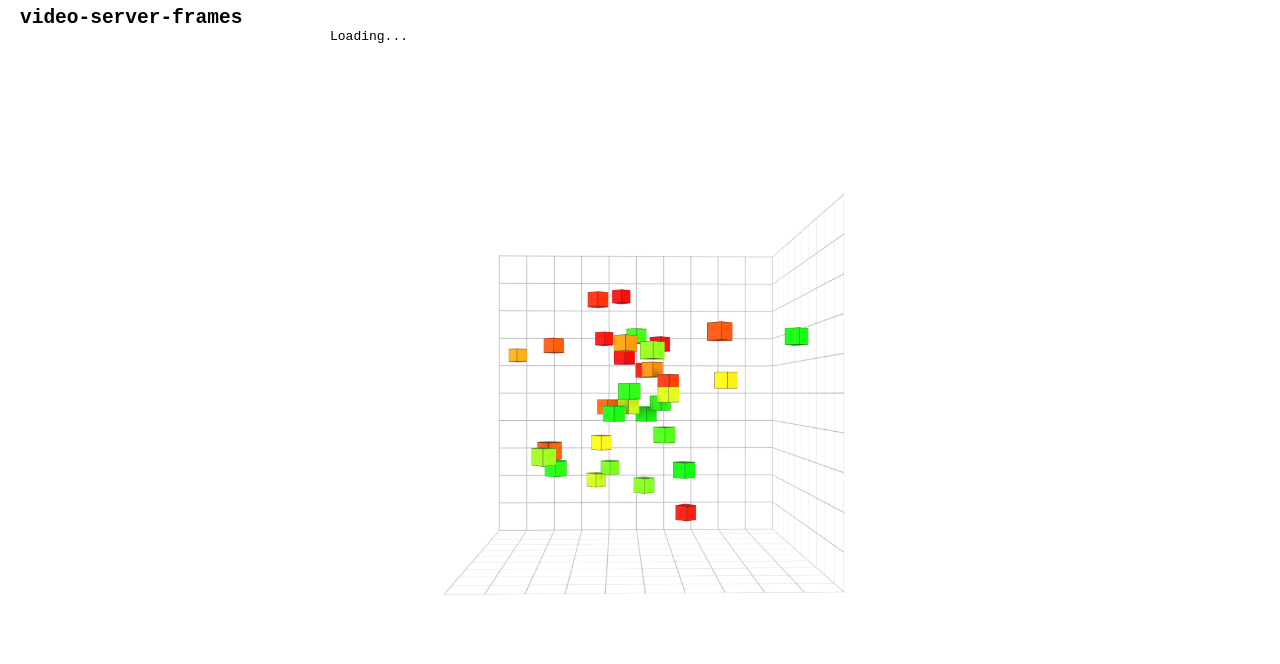
Repository: ceeskaan/ceeskaan.github.io
Page: index.html
An editor plug-in stored every save of this project. The page is shown before and after the next save, followed by the edit.
The browser window is 1280 px wide. The pictures show the window.
A layer covers the whole window, so only the first screen is drawn. Some web libraries are served in a nearby version.

Above is the page before, as saved 2022-02-09 20:57:04.
Console error (its wording comes from the project's code and is left out).

### index.html
<!DOCTYPE html>
<html>
    <head>
        <title>Crispy AI</title>
        <meta charset="utf-8" />
        <meta name="description" content="" />
        <meta name="viewport" content="width=device-width, initial-scale=1" />
        <link rel="stylesheet" href="common/main.css" />
        <script src="http://ajax.googleapis.com/ajax/libs/jquery/1.8.3/jquery.min.js"></script>
        <link rel = "icon" href =
        "icon.png"
        type = "image/x-icon">
    </head>
    <body>
        <h2>
                <code>video-server-frames</code>
            </h2>
            <section>
                <pre id="comments"></pre>
            </section>
        <div id="content">
            <section class="canvas-container" id="canvas-container">
                <input
                    name="frames-url"
                    type="hidden"
                    value="videos/frames/image{{id}}.jpg"
                    data-frame-start="596"
                    data-frame-end="719"
                    data-frame-id-padding="3"
                />
            </section>
        </div>
        <script>
        $(document).mousemove(function(e) {
            var percent = e.clientX / $(window).width();
           $('body, html').scrollTop($(document).height() * percent/1.283);
        });</script>
        <script src="common/utils.js"></script>
        <script src="common/scroll-observable.js"></script>
        <script src="common/canvas-frame-scrubber.js"></script>
        <script src="assets/frame-unpacker.js"></script>
        <script src="assets/main.js"></script>
    </body>
</html>

### common/main.css
html,
body {
    margin: 0;
    padding: 0 10px;
    font-family: -apple-system, BlinkMacSystemFont, 'Segoe UI', Roboto, Oxygen, Ubuntu, Cantarell, 'Open Sans',
        'Helvetica Neue', sans-serif;
    height: 3000px;
    background: rgb(255, 255, 255);
    color: rgb(0, 0, 0);
    overflow: hidden; /* Hide scrollbars */
}

* {
    margin: 0;
    padding: 0;
 }


html.home,
body.home {
    height: 100%;
}

a {
    color: #33a8ff;
}

#content {
    position: fixed;
    max-width: calc(100% - 20px);
}

.video-container,
.canvas-container {
    max-width: calc(100% - 20px);
    max-height: 80vh;
    height: auto;
}

.canvas {
    width: 100%;
    height: auto;
}

.cursor-loading {
    cursor: progress;
}

#comments {
    margin: auto;
    width: 50%;
}

### common/utils.js
// Logging
const logContainer = document.getElementById('comments');
const log = text => {
    if (logContainer) {
        logContainer.innerHTML += text + '\n';
    } else {
        console.log(text);
    }
};

// Loading indicator
const startProgress = () => {
    document.documentElement.classList.add('cursor-loading');
};

const stopProgress = () => {
    document.documentElement.classList.remove('cursor-loading');
};

// average over an array
const average = arr => {
    return (arr.reduce((a, b) => a + b, 0) / arr.length).toFixed(2);
};

// promise with timeout
const withTimeout = async (promise, timeout) => {
    return new Promise(async (resolve, reject) => {
        setTimeout(() => {
            reject(`Promise ${promise} timed out at ${timeout}ms`);
        }, timeout);

        await promise;
        resolve(promise);
    });
};

### common/scroll-observable.js
function ScrollObservable() {
    this._observers = [];

    // using RAF as a petty debounce
    let inProgress = false;
    const handler = () => {
        if (inProgress) return;
        inProgress = true;

        window.requestAnimationFrame(() => {
            this._process();

            inProgress = false;
        });
    };

    window.addEventListener('scroll', handler);
}

ScrollObservable.prototype._process = function() {
    const viewportHeight = document.documentElement.clientHeight;
    const documentHeight = document.body.clientHeight;
    const scrolled = Math.max(
        window.scrollY,
        window.pageYOffset,
        document.documentElement.scrollTop,
        document.body.scrollTop
    );

    const scrolledPercentage = Math.round((100 * (100 * scrolled)) / (documentHeight - viewportHeight)) / 100;

    this.publish(scrolledPercentage);
};

ScrollObservable.prototype.subscribe = function(observer) {
    this._observers.push(observer);
};

ScrollObservable.prototype.publish = function(value) {
    this._observers.forEach(observer => {
        observer.next(value);
    });
};

### common/canvas-frame-scrubber.js
const CanvasFrameScrubber = (() => {
    const create = (context, frames) => {
        let currentFrame = 0;

        const observer = {
            next: percentage => {
                const frameIndex = Math.floor((percentage * (frames.length - 1)) / 100);

                if (currentFrame === frameIndex) return;

                window.requestAnimationFrame(() => {
                    context.drawImage(frames[frameIndex], 0, 0);
                });
            }
        };

        return observer;
    };

    return {
        create: create
    };
})();

### assets/frame-unpacker.js
const FrameUnpacker = (() => {
    const unpack = async options => {
        const urlPattern = options.urlPattern,
            start = options.start,
            end = options.end,
            padding = options.padding;

        const bitmaps = [];
        const calls = [];

        const timeStart = performance.now();

        // download each frame image and prep it up
        for (let index = start; index <= end; index++) {
            const id = index.toString().padStart(padding, '0');
            const url = urlPattern.replace('{{id}}', id);

            calls.push(
                fetch(url).then(res =>
                    res
                        .blob()
                        .then(blob =>
                            createImageBitmap(blob).then(bitmap => bitmaps.push({ id: index, bitmap: bitmap }))
                        )
                )
            );
        }

        // wait for all the downloads to finish... (a more eager implementation that starts putting
        // the scrubbing as soon as the first few frames are downloaded can also be done, but we'll
        // keep thing s simple for now)
        await Promise.all(calls);

        // sort the downloaded frame bitmaps in order, they could have been downloaded haphazardly
        bitmaps.sort((a, b) => {
            return a.id - b.id;
        });

        // once that's done, construct an array of just frames that would be returned
        const frames = [];
        bitmaps.map(bitmap => frames.push(bitmap.bitmap));

        const timeDelta = performance.now() - timeStart;

        return frames;
    };

    return {
        unpack: unpack
    };
})();

### assets/main.js
(async () => {
    startProgress();

    const videoContainer = document.querySelector('#canvas-container');
    const framesUrlElement = document.querySelector('input[name="frames-url"]');
    if (!videoContainer || !framesUrlElement) {
        throw new Error('Element missing!');
    }

    const framesUrlPattern = framesUrlElement.value;
    const framesUrlStart = parseInt(framesUrlElement.dataset.frameStart, 10);
    const framesUrlEnd = parseInt(framesUrlElement.dataset.frameEnd, 10);
    const framesIdPadding = parseInt(framesUrlElement.dataset.frameIdPadding, 10);

    log('Loading...');

    const startTime = Date.now();

    const frames = await FrameUnpacker.unpack({
        urlPattern: framesUrlPattern,
        start: framesUrlStart,
        end: framesUrlEnd,
        padding: framesIdPadding
    });

    const endTime = Date.now();



    const canvas = document.createElement('canvas');
    canvas.classList.add('canvas');
    canvas.height = frames[0].height;
    canvas.width = frames[0].width;
    const context = canvas.getContext('2d');
    context.drawImage(frames[0], 0, 0);

    videoContainer.appendChild(canvas);



    const observer = CanvasFrameScrubber.create(context, frames);

    const observable = new ScrollObservable();
    observable.subscribe(observer);


    stopProgress();
})();

After the next save:
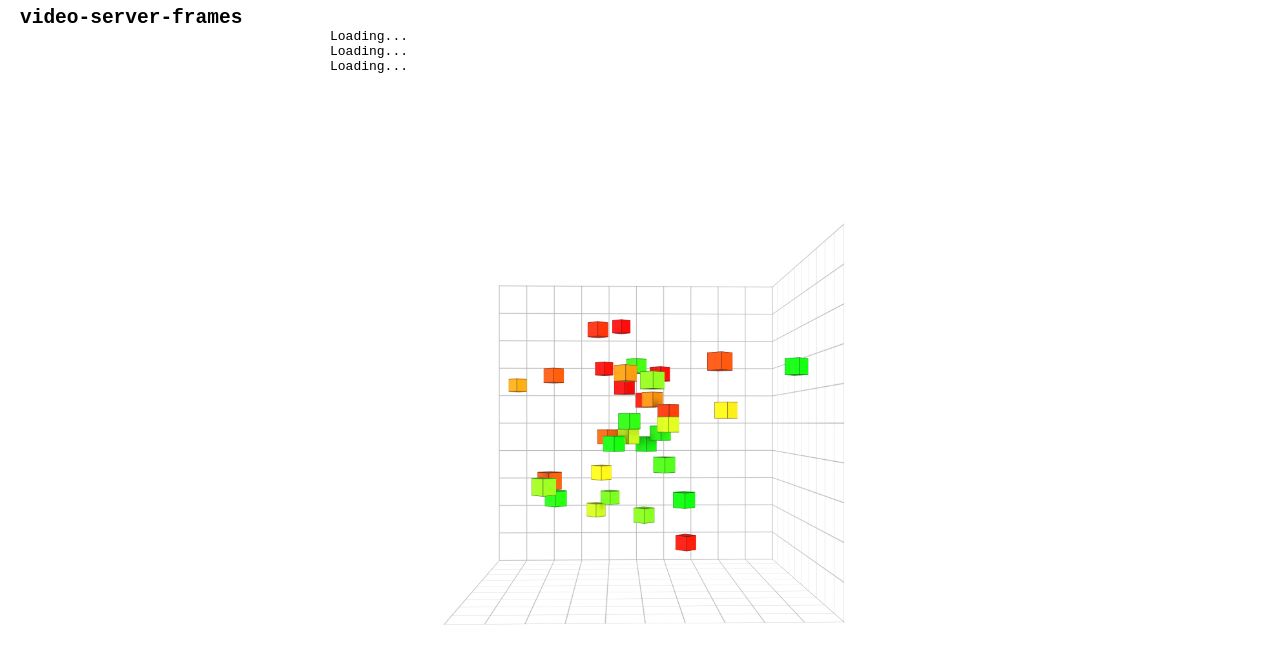
Saved 83 s later.
--- a/assets/frame-unpacker.js
+++ b/assets/frame-unpacker.js
@@ -9,7 +9,7 @@ const FrameUnpacker = (() => {
         const calls = [];
 
         const timeStart = performance.now();
-
+            log('Loading...');
         // download each frame image and prep it up
         for (let index = start; index <= end; index++) {
             const id = index.toString().padStart(padding, '0');
@@ -25,7 +25,7 @@ const FrameUnpacker = (() => {
                 )
             );
         }
-
+        log('Loading...');
         // wait for all the downloads to finish... (a more eager implementation that starts putting
         // the scrubbing as soon as the first few frames are downloaded can also be done, but we'll
         // keep thing s simple for now)
@@ -41,7 +41,7 @@ const FrameUnpacker = (() => {
         bitmaps.map(bitmap => frames.push(bitmap.bitmap));
 
         const timeDelta = performance.now() - timeStart;
-
+        console.log = function() {}
         return frames;
     };
 
